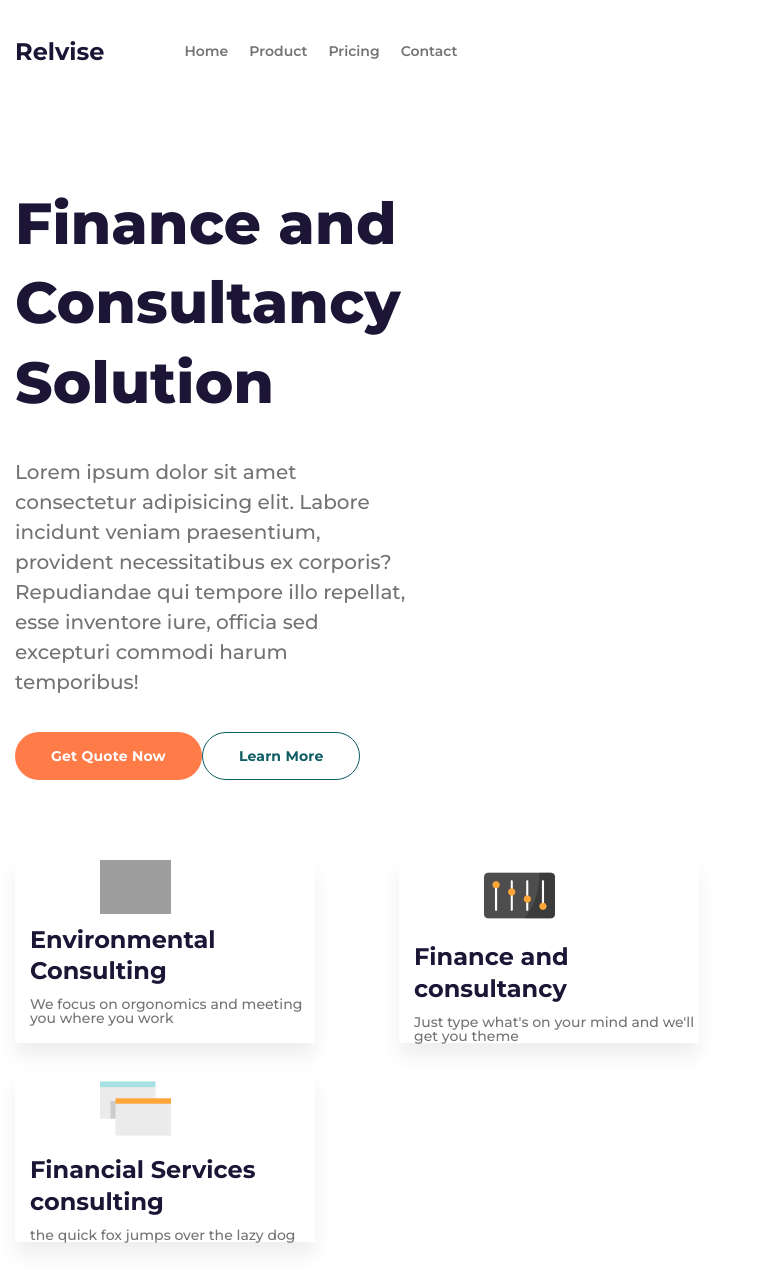
Repository: usalokiN/simple-project
Page: index.html
These files come from the project's save history. The page is drawn as it stood at one moment and after a run of saves; the edit follows.
The browser window is 768 px wide. The pictures show the whole page.
Pictures or frames that could not be fetched are drawn as grey boxes.

Above is the page before, as saved 2022-01-16 23:28:57.

### index.html
<!DOCTYPE html>
<html lang="en">

<head>
    <meta charset="UTF-8">
    <meta http-equiv="X-UA-Compatible" content="IE=edge">
    <meta name="viewport" content="width=device-width, initial-scale=1.0">
    <link rel="stylesheet" href="https://fonts.googleapis.com/css?family=Montserrat:regular,500,600,700,800&display=swap">
    <link rel="stylesheet" href="css/style.css">
    <meta author="NikoDyachenko">
    <title>Simple project</title>


</head>

<body>
    <div class="wrapper">
        <header class="header">
            <div class="header__container _container">
                <a href="" class="header__logo">
                    Relvise
                </a>
                <nav class="header__menu menu">
                    <ul class="menu__list">
                        <li class="menu__item">
                            <a href="" class="menu__link">Home</a>
                        </li>
                        <li class="menu__item">
                            <a href="" class="menu__link">Product</a>
                        </li>
                        <li class="menu__item">
                            <a href="" class="menu__link">Pricing</a>
                        </li>
                        <li class="menu__item">
                            <a href="" class="menu__link">Contact</a>
                        </li>
                    </ul>
                </nav>
            </div>
    </div>
    </header>
    <main class="page">
        <div class="page__main-block main-block">
            <div class="main-block_containter _container">
                <div class="main-block__body">
                    <h1 class="main-block__title">Finance and Consultancy Solution</h1>
                    <div class="main-block__text">Lorem ipsum dolor sit amet consectetur adipisicing elit. Labore incidunt veniam praesentium, provident necessitatibus ex corporis? Repudiandae qui tempore illo repellat, esse inventore iure, officia sed excepturi commodi harum temporibus!

                    </div>
                    <div class="main-block__buttons">
                        <a href="" class="main-block__button main-block__button_orange">Get Quote Now</a>
                        <a href="" class="main-block__button main-block__button_border">Learn More</a>

                    </div>
                </div>
            </div>
        </div>
        <div class="main-block__image">
            <!-- <img src="" alt="cover"> -->
        </div>
        <div class="page__services services">
            <div class="services__conateiner _container">
                <div class="services__body">
                    <div class="services__column">
                        <div class="services__item item-service">
                            <div class="item-service__icon"><img src="img/icon-block1.png" alt="Environmental Consulting"></div>
                            <div class="item-service__title">Environmental Consulting</div>
                            <div class="item-service__text">We focus on orgonomics and meeting you where you work</div>

                        </div>
                    </div>
                    <div class="services__column">
                        <div class="services__item item-service">
                            <div class="item-service__icon"><img src="img/icon-block2.png" alt="Environmental Consulting"></div>
                            <div class="item-service__title">Finance and consultancy</div>
                            <div class="item-service__text">Just type what's on your mind and we'll get you theme</div>

                        </div>
                    </div>
                    <div class="services__column">
                        <div class="services__item item-service item-service__third-block">
                            <div class="item-service__icon"><img src="img/icon-block3.png" alt="Environmental Consulting"></div>
                            <div class="item-service__title">Financial Services consulting</div>
                            <div class="item-service__text">the quick fox jumps over the lazy dog</div>

                        </div>
                    </div>
                </div>
            </div>
        </div>
    </main>
    <footer class="footer "></footer>
    </div>
</body>

</html>

### css/style.css
                    *,
                     ::before,
                     ::after {
                        padding: 0;
                        margin: 0;
                        bottom: 0;
                        box-sizing: border-box;
                    }

                    a {
                        text-decoration: none;
                    }

                    ul,
                    ol,
                    li {
                        list-style: none;
                    }

                    img {
                        vertical-align: top;
                    }

                    h1,
                    h2,
                    h3,
                    h4,
                    h5,
                    h6 {
                        font-weight: inherit;
                        font-style: inherit;
                    }

                    html,
                    body {
                        height: 100%;
                        line-height: 1;
                        font-size: 14px;
                        font-weight: 500;
                        color: rgb(28, 21, 54);
                        font-family: Montserrat;
                    }

                    .wrapper {
                        /* max-height: 100%; */
                        overflow: hidden;
                    }
                    /* ================================================================================== */

                    ._container {
                        max-width: 1046px;
                        margin: 0px auto;
                        padding: 0 15px;
                    }

                    ._ibg {
                        position: relative;
                    }

                    .ibg img {
                        position: absolute;
                        width: 100%;
                        height: 100%;
                        top: 0;
                        left: 0;
                        object-fit: cover;
                    }
                    /* ----------------------------------------HEADER------------------------------------------------------- */

                    .header {
                        position: absolute;
                        width: 100%;
                        left: 0;
                        top: 0;
                        z-index: 50;
                    }

                    .header__container {
                        display: flex;
                        min-height: 104px;
                        align-items: center;
                    }

                    @media (max-width: 479px) {
                        .header__container {
                            min-height: 85px;
                        }
                    }

                    ._container {}

                    .header__logo {
                        font-size: 24px;
                        font-weight: 700;
                        color: inherit;
                    }

                    .header__menu {
                        margin: 0 0 0 133px;
                    }

                    @media (max-width: 992px) {
                        .header__menu {
                            margin: 0 0 0 80px;
                        }
                    }

                    @media (max-width: 762px) {
                        .header__menu {
                            margin: 0 0 0 40px;
                        }
                    }

                    @media (max-width: 479px) {
                        .header__menu {
                            margin: 0 0 0 20px;
                        }
                    }

                    .menu {
                        padding: 5px 0;
                    }

                    .menu__list {
                        display: flex;
                        flex-wrap: wrap;
                    }

                    .menu__item {}

                    .menu__item:not(:last-child) {
                        margin: 0 21px 0 0px;
                        /* Отступы у каждого кроме последнего элемента */
                    }

                    .menu__link {
                        color: #737373;
                        font-weight: 600;
                        line-height: calc(24/14 * 100%);
                        /*171% - процет отступа. Формула расчета при 14px шрифта*/
                    }

                    @media (max-width: 479) {
                        .menu__link {
                            font-size: 18px;
                        }
                    }
                    /* MAIN */

                    .page {
                        flex: 1 1 auto;
                    }
                    /* FOOTER */

                    .footer {}
                    /* MAIN-BLOCK */

                    .page__main-block {}

                    .main-block {
                        position: relative;
                        ;
                    }

                    .main-block_containter {}

                    ._container {}

                    .main-block__body {
                        padding: 184px 0px 191px 0px;
                        position: relative;
                        z-index: 2;
                        max-width: 400px;
                    }

                    .main-block__body>*:not(:last-child) {
                        margin: 0 0 35px 0;
                    }

                    .main-block__title {
                        font-size: 58px;
                        line-height: 137%;
                        font-weight: 800;
                        letter-spacing: 0.2px;
                    }

                    @media (max-width:497px) {
                        .main-block__title {
                            font-size: 42px;
                        }
                    }

                    .main-block__text {
                        color: #737373;
                        font-size: 20px;
                        line-height: 1.5;
                    }

                    .main-block__buttons {
                        display: inline-flex;
                        flex-wrap: wrap;
                        margin: -10px 0;
                    }

                    .main-block__button {
                        border-radius: 37px;
                        display: flex;
                        min-height: 48px;
                        justify-content: center;
                        align-items: center;
                        letter-spacing: 0.2px;
                        font-weight: 700;
                        line-height: 150%;
                        padding: 5px 36px;
                        text-align: center;
                        margin: 10px 0;
                    }

                    @media(max-width:479px) {
                        .main-block__button:not(:last-child) {
                            margin-right: 10px;
                        }
                    }

                    .main-block__button_orange {
                        background: #ff7b47;
                        color: #fff;
                    }

                    .main-block__button_border {
                        color: #0d5c63;
                        border: 1px solid #0d5c63;
                    }

                    .main-block__image {
                        position: absolute;
                        width: 100%;
                        height: 100%;
                        top: 0;
                        left: 0;
                    }

                    @media (max-width:1300px) {
                        .main-block__image img {
                            object-fit: right;
                        }
                    }

                    @media (max-width:992px) {
                        .main-block__image {
                            opacity: 0.5;
                        }
                    }
                    /* =================BLOCKS======================================= */

                    .page__services {
                        /* display: flex; */
                        margin: -111px 0 0 0;
                        position: relative;
                        z-index: 2;
                    }

                    .services {}

                    .services__conateiner {}

                    ._container {}

                    .services__body {
                        display: flex;
                        margin: 0 -15px;
                        flex-wrap: wrap;
                    }

                    .services__column {
                        padding: 0 15px;
                        flex: 0 1 33.333%;
                    }

                    @media (max-width:992px) {
                        .services__column {
                            flex: 0 1 50%;
                            margin: 0 0 30px 0;
                        }
                    }

                    .services__item {
                        box-shadow: 0 13px 19px rgb(0, 0, 0, 0.07);
                        background-color: white;
                        padding: 0 0 0 15px;
                        height: 100%;
                        width: 300px;
                    }

                    .services__item>*:not(:last-child) {
                        margin: 0 0 10px 0;
                    }

                    .item-service .item-service {}

                    .item-service__icon {
                        padding: 0 0 0 70px;
                    }

                    .item-service__icon img {
                        width: 33%;
                    }

                    .item-service__title {
                        font-weight: 700;
                        font-size: 24px;
                        line-height: 133%;
                    }

                    .item-service__text {
                        color: #737373;
                    }

                    .item-service__third-block {
                        /* background-color: #68e6f1; */
                    }

After the next 2 saves:
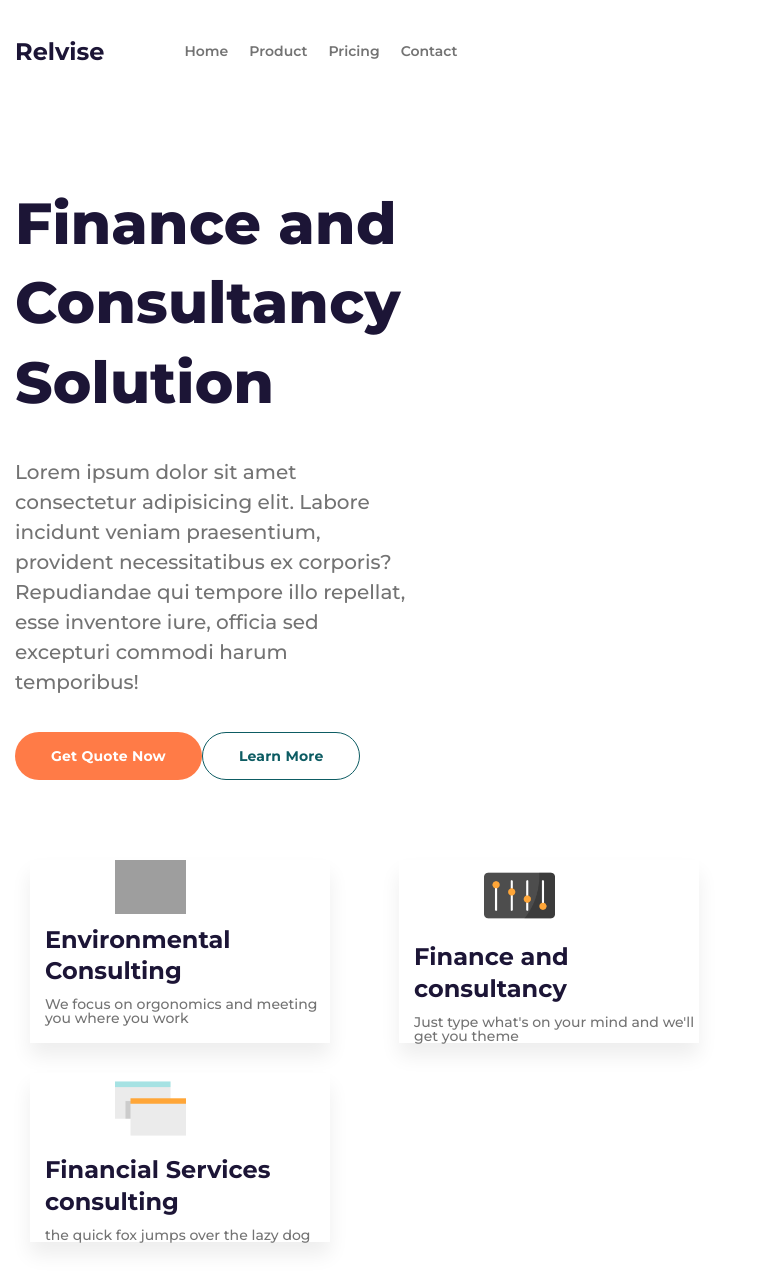
The 2 saves are shown as one change because they came seconds apart.
The last was saved 2 min 46 s later.
--- a/css/style.css
+++ b/css/style.css
@@ -270,17 +270,18 @@
                         display: flex;
                         margin: 0 -15px;
                         flex-wrap: wrap;
+                        margin: 0 0 -30px 0;
                     }
 
                     .services__column {
                         padding: 0 15px;
                         flex: 0 1 33.333%;
+                        margin: 0 0 30px 0;
                     }
 
                     @media (max-width:992px) {
                         .services__column {
                             flex: 0 1 50%;
-                            margin: 0 0 30px 0;
                         }
                     }
 
